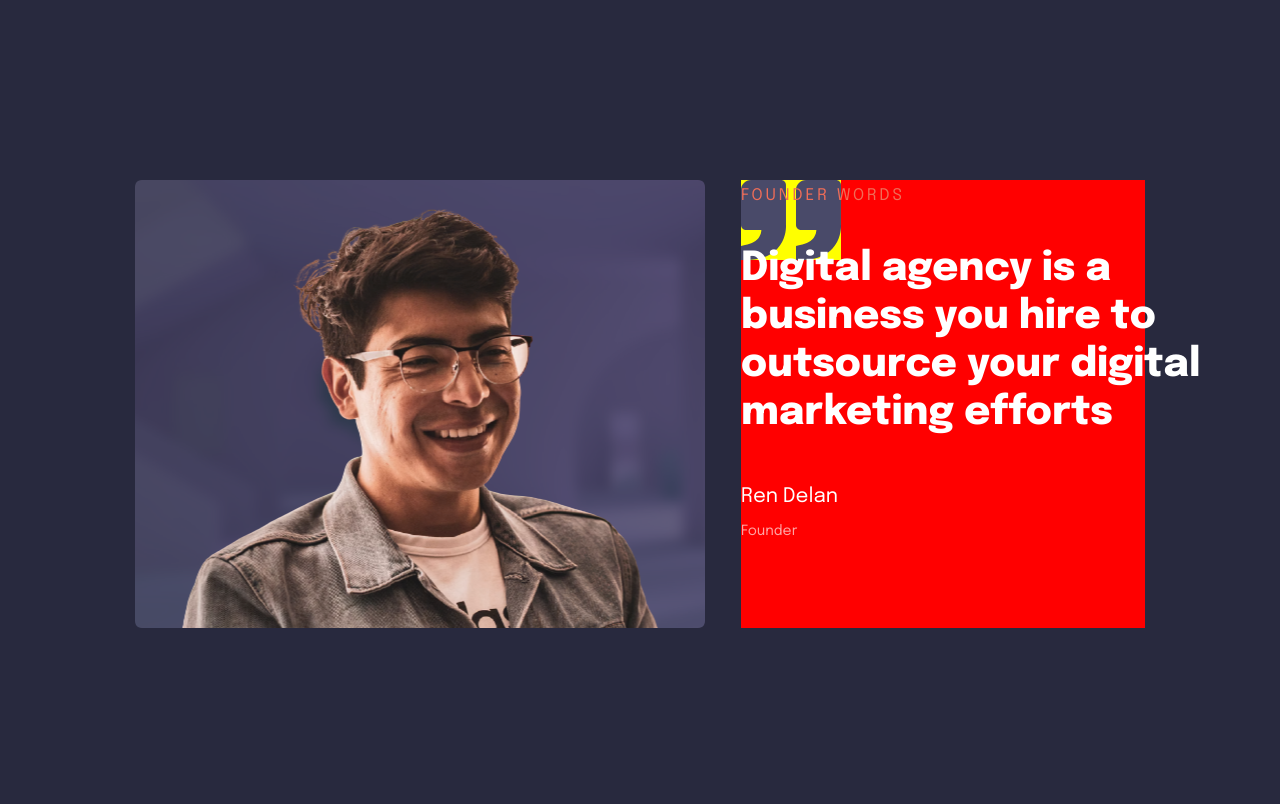
Repository: NatiqSamiyev/image-task
Page: founderWords/index.html
An editor plug-in stored every save of this project. The page is shown before and after a run of saves, followed by the edit.
The browser window is 1280 px wide. The pictures show the whole page.

Above is the page before, as saved 2023-09-02 15:46:03.

After the next 3 saves:
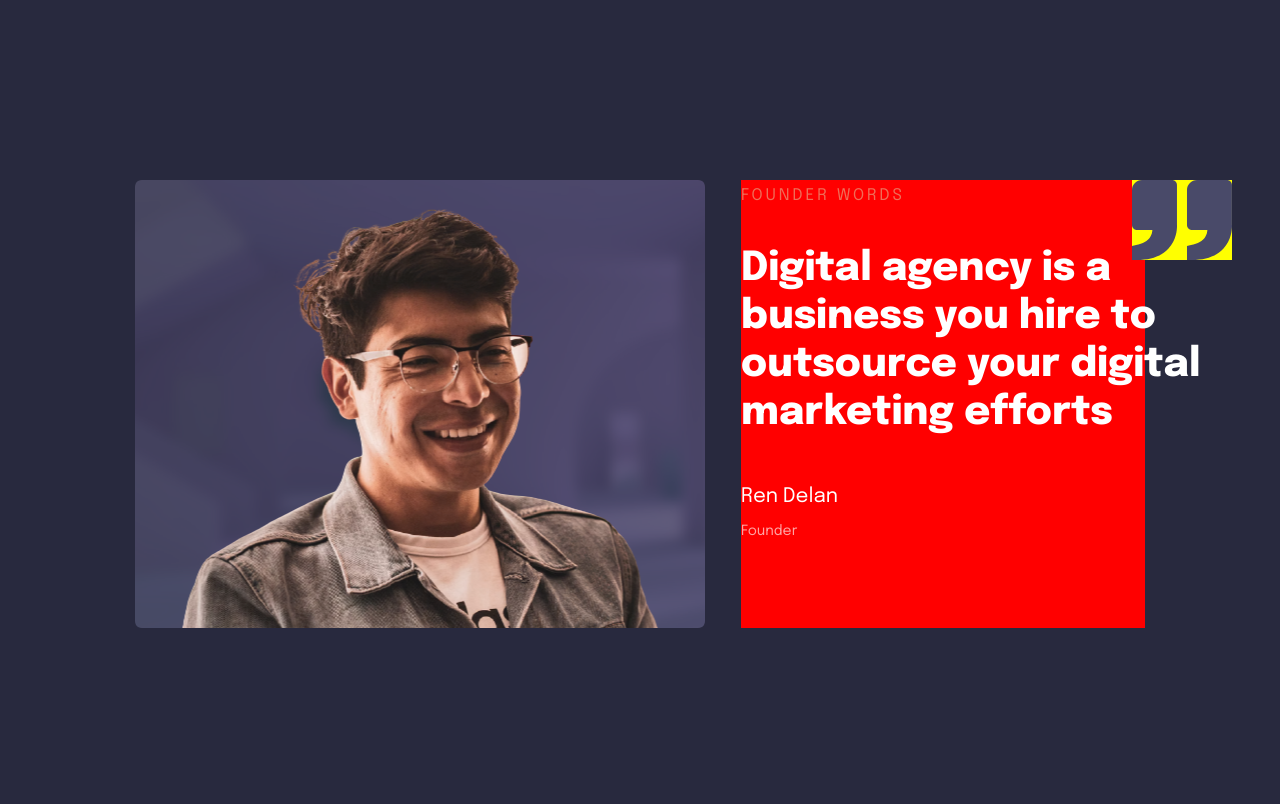
The 3 saves are shown as one change because they came seconds apart.
The last was saved 24 s later.
--- a/founderWords/index.css
+++ b/founderWords/index.css
@@ -46,6 +46,7 @@
   width: 100px;
   height: 80px;
   position: absolute;
+  right: 48px
   /* right: 15%; */
 }
 
